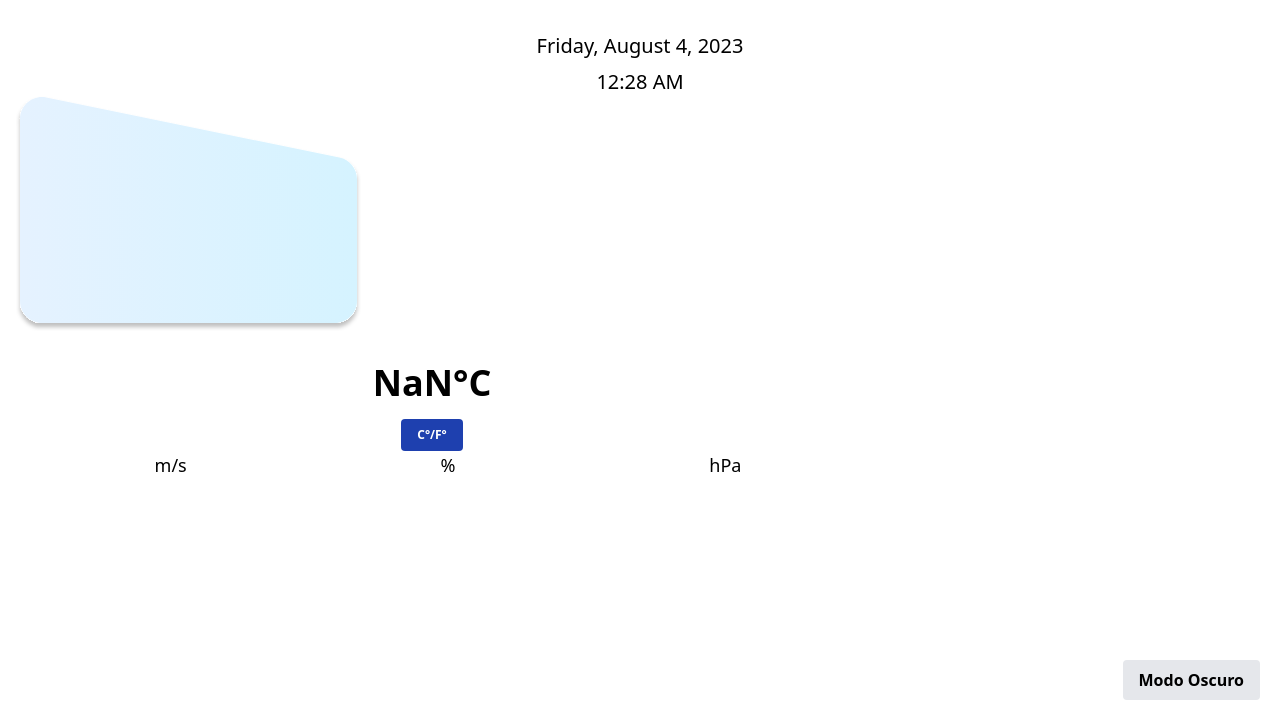
Repository: LukasMoyano/WeatherApp-_-LukasMoyano-_-V-_4.0_6.6.6
Page: /
The author's editor kept a copy of each file at every save. The page is drawn from the files as they stood at one save, then again after the next save.
The browser window is 1280 px wide. The pictures show the whole page.
The page's requests for data from a server got no answer. The project was rebuilt for these pictures with package versions that can differ from the ones it lists, and the page was loaded fresh each time. No one was signed in, and anything a server would have sent is missing. Also part of the build but not shown: vite.config.js.

Above is the page before, as saved 2023-08-06 17:28:08.

After the next save:
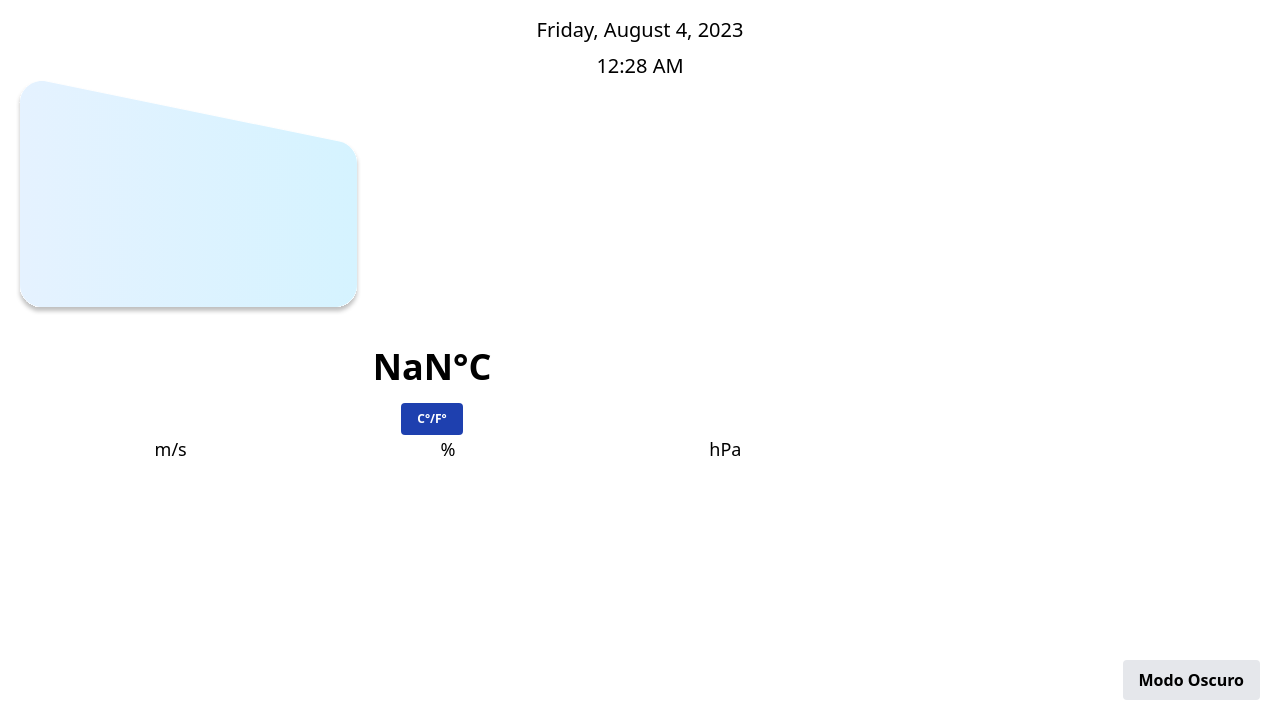
Saved 30 s later.
--- a/src/components/Weather.jsx
+++ b/src/components/Weather.jsx
@@ -36,10 +36,7 @@ const Weather = ({ weatherInfo, isDarkMode }) => {
   return (
     <div className={`my-auto mx-auto items-center justify-center p-4 rounded-lg text-center ${isDarkMode ? "bg-black bg-opacity-50 text-white" : "bg-white bg-opacity-70 text-black"}`}>
       <div className="w-337 h-231 flex-shrink-0">
-
-      <h2 className="text-2xl font-bold mb-4">{weatherInfo?.name}</h2>
-      <p className="text-2xl mb-2">{weatherInfo?.sys?.country}</p>
-      <p className="text-xl mb-2">{date}</p>
+   <p className="text-xl mb-2">{date}</p>
       <p className="text-xl">{time}</p>
         <svg xmlns="http://www.w3.org/2000/svg" width="345" height="235" viewBox="0 0 345 235" fill="none">
           <g filter="url(#filter0_d_524_1390)">
